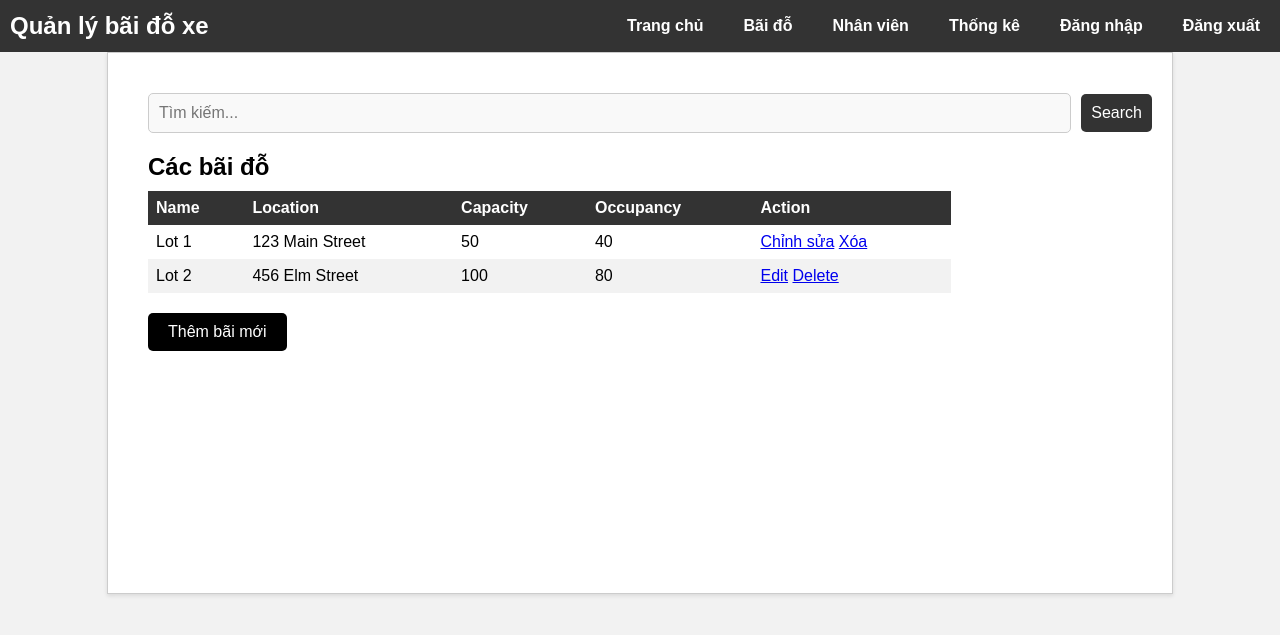
Repository: Truong02022002/thanhgpt
Page: http://localhost/Demo_cuoiky/
These files come from the project's save history. The page is drawn as it stood at one moment and after the next save; the edit follows.
The browser window is 1280 px wide. The pictures show the whole page.
The page is served by Tomcat 9. Other server files are loaded and not shown. The template is opened directly, without the code that normally fills it, so the values that code supplies are empty.

Above is the page before, as saved 2023-03-23 08:48:35.

### Demo_cuoiky/src/main/webapp/index.jsp
<%@ page language="java" contentType="text/html; charset=UTF-8"
    pageEncoding="UTF-8"%>
<!DOCTYPE html>
<html>
<head>
<meta charset="UTF-8">
<title>Trang chủ</title>
<link rel="stylesheet" type="text/css" href="Css/Style.css">
</head>
<body>
	<header>
		<h1>Quản lý bãi đỗ xe</h1>
		<p>${nhanvien}</p>
		<nav>
			<ul>
				<li><a href="index.jsp">Trang chủ</a></li>
				<li><a href="IndexBaiDo">Bãi đỗ</a></li>
				<li><a href="IndexNhanVien">Nhân viên</a></li>
				<li><a href="IndexThongke.jsp">Thống kê</a></li>
				<li><a href="LogIn.jsp">Đăng nhập</a></li>
				<li><a href="index.jsp">Đăng xuất</a></li>
			</ul>
		</nav>
	</header>
	<main>
		<section>
			<div class="search">
				<input type="text" placeholder="Tìm kiếm...">
				<button>Search</button>
			</div>
			<h2>Các bãi đỗ</h2>
			<table>
				<thead>
					<tr>
						<th>Name</th>
						<th>Location</th>
						<th>Capacity</th>
						<th>Occupancy</th>
						<th>Action</th>
					</tr>
				</thead>
				<tbody>
					<tr>
						<td>Lot 1</td>
						<td>123 Main Street</td>
						<td>50</td>
						<td>40</td>
						<td>
							<a href="#">Chỉnh sửa</a>
							<a href="#">Xóa</a>
						</td>
					</tr>
					<tr>
						<td>Lot 2</td>
						<td>456 Elm Street</td>
						<td>100</td>
						<td>80</td>
						<td>
							<a href="#">Edit</a>
							<a href="#">Delete</a>
						</td>
					</tr>
				</tbody>
			</table>
			<div class="add">
				<button><a href="AddBaiDo.jsp">Thêm bãi mới</a></button>
			</div>
		</section>
	</main>
</body>
</html>

### Demo_cuoiky/src/main/webapp/Css/Style.css
@charset "UTF-8";
/* Global Styles Here */
		body {
			font-family: Arial, sans-serif;
			background-color: #f2f2f2;
			margin: 0;
			padding: 0;
		}
		header {
			background-color: #333;
			color: #fff;
			padding: 10px;
			display: flex;
			justify-content: space-between;
			align-items: center;
		}
		header h1 {
			margin: 0;
			padding: 0;
			font-size: 24px;
			font-weight: bold;
		}
		header nav ul {
			list-style-type: none;
			margin: 0;
			padding: 0;
			display: flex;
		}
		header nav li {
			margin-left: 20px;
		}
		header nav a {
			color: #fff;
			text-decoration: none;
			font-size: 16px;
			font-weight: bold;
			padding: 10px;
			border-radius: 5px;
		}
		header nav a:hover {
			background-color: #fff;
			color: #333;
		}
		main {
			width: 80%;
			margin: 0 auto;
			padding: 20px;
			background-color: #fff;
			border: 1px solid #ccc;
			box-shadow: 0 2px 4px rgba(0, 0, 0, 0.1);
			min-height: 500px;
		}
		.search {
			margin: 20px 0;
			display: flex;
			align-items: center;
		}
		.search input[type="text"] {
			flex-grow: 1;
			margin-right: 10px;
			padding: 10px;
			font-size: 16px;
			border-radius: 5px;
			border: 1px solid #ccc;
			background-color: #f9f9f9;
			color: #333;
			outline: none;
		}
		.search button {
			background-color: #333;
			color: #fff;
			padding: 10px;
			font-size: 16px;
			border: none;
			border-radius: 5px;
			cursor: pointer;
		}
		.search button:hover {
			background-color: #808080;
			color: #ffffff;
		}
		section {
            margin-top: 20px;
            margin-left: 20px;
        }

        h2 {
            margin-bottom: 10px;
        }

        table {
            border-collapse: collapse;
            width: 80%;
        }

        th, td {
            text-align: left;
            padding: 8px;
        }

        th {
            background-color: #333;
            color: white;
        }

        tr:nth-child(even){background-color: #f2f2f2}

        .add {
			margin: 20px 0;
			display: flex;
			align-items: center;
		}
        .add button {
			border: none;
			background-color: #000000;
			padding: 10px 20px;
			text-align: center;
			text-decoration: none;
			display: inline-block;
			border-radius: 5px;
			font-size: 16px;
			cursor: pointer;
		}
		.add button:hover {
			background-color: #808080;
		}
		.add button a:hover {
			color: #ffffff;
		}
		.add button a {
			color: #ffffff;
			text-decoration: none;
		}

After the next save:
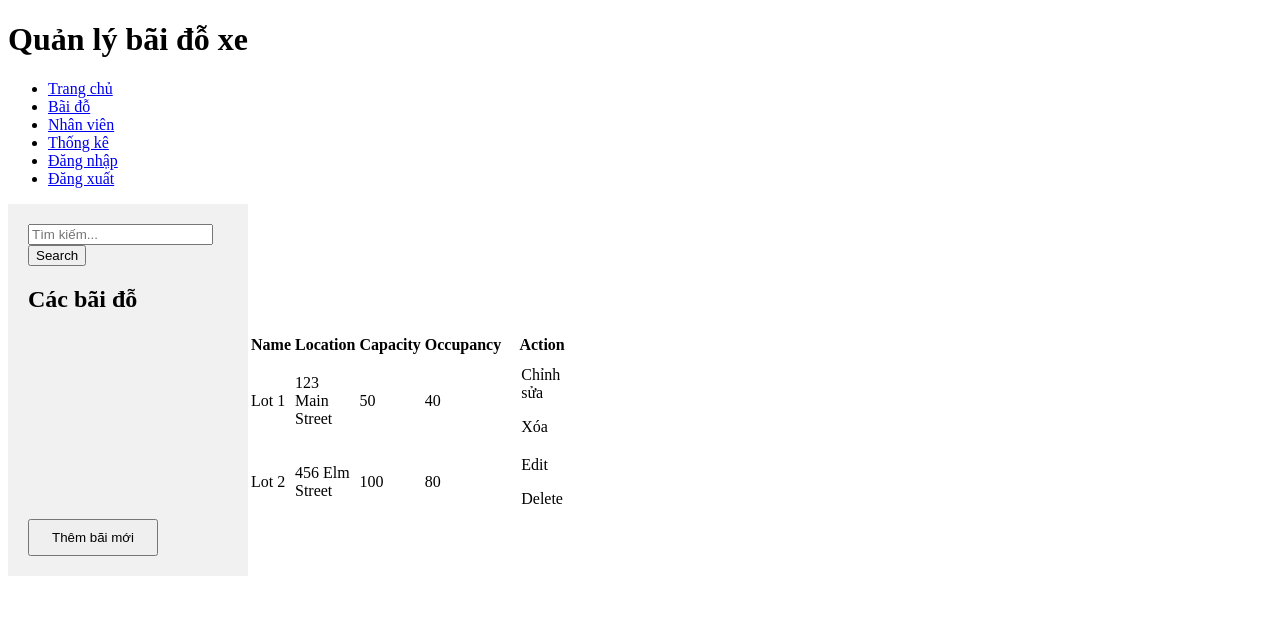
Saved 6 h 35 min later.
--- a/Demo_cuoiky/src/main/webapp/Css/Style.css
+++ b/Demo_cuoiky/src/main/webapp/Css/Style.css
@@ -1,6 +1,6 @@
 @charset "UTF-8";
 /* Global Styles Here */
-		body {
+		/*body {
 			font-family: Arial, sans-serif;
 			background-color: #f2f2f2;
 			margin: 0;
@@ -130,4 +130,34 @@
 		.add button a {
 			color: #ffffff;
 			text-decoration: none;
-		}
+		}*/
+		/* Style for the main container */
+main {
+  display: flex;
+}
+
+/* Style for the menu container */
+section {
+  background-color: #f1f1f1;
+  width: 200px;
+  padding: 20px;
+}
+
+/* Style for the menu items */
+section a {
+  display: block;
+  color: black;
+  padding: 8px 16px;
+  text-decoration: none;
+}
+
+/* Style for the active menu item */
+section a.active {
+  background-color: #4CAF50;
+  color: white;
+}
+
+/* Style for the content container */
+table {
+  margin-left: 220px;
+}
